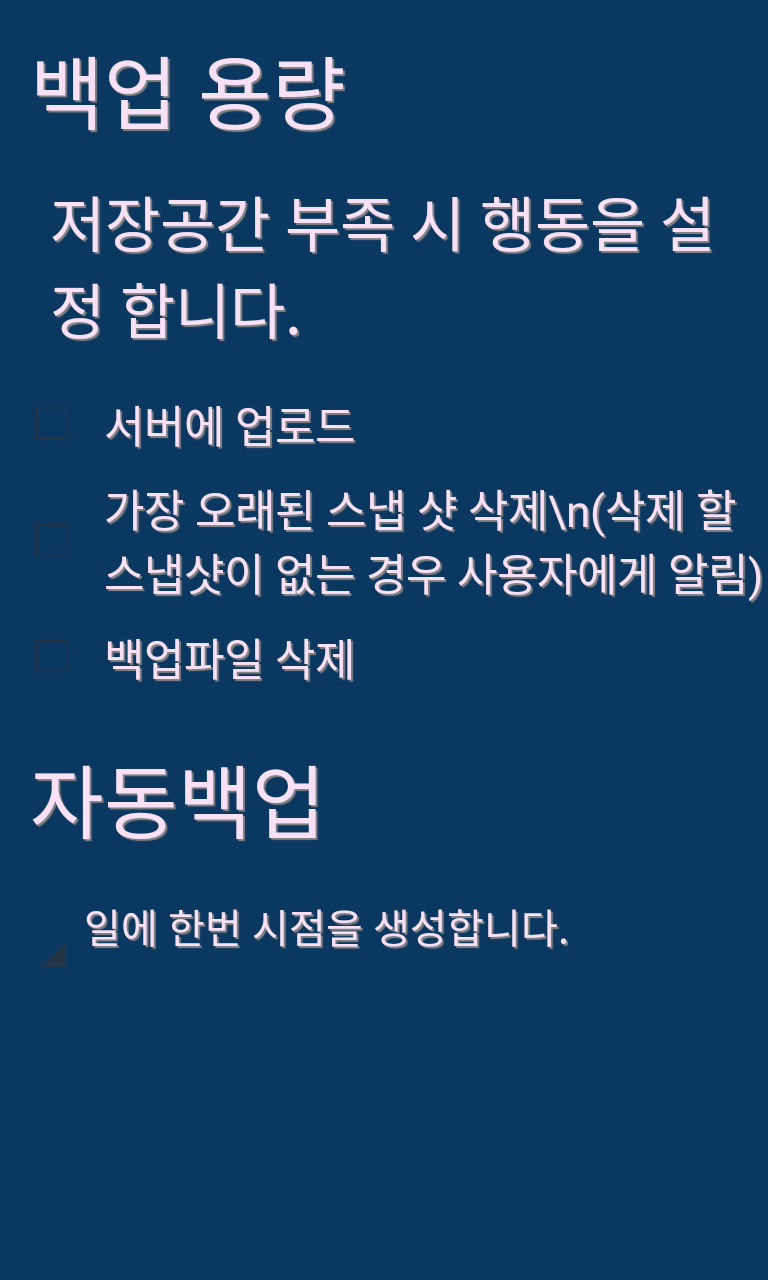
Repository: zzttt/LVM_BackupSol
Layout: TimeTraveler/res/layout/inflate_three.xml
An editor plug-in stored every save of this project. The layout is shown before and after the next save, followed by the edit.
It is drawn on a 768 x 1280 px phone screen (xhdpi) without system bars, with theme AppTheme; the app's code is not run.

Above is the layout before, as saved 2014-07-02 15:26:50.

### TimeTraveler/res/layout/inflate_three.xml
<?xml version="1.0" encoding="utf-8"?>
<RelativeLayout xmlns:android="http://schemas.android.com/apk/res/android"
    android:layout_width="fill_parent"
    android:layout_height="fill_parent"
    android:orientation="vertical" >

    <ScrollView
        android:id="@+id/elv_list3"
        android:layout_width="fill_parent"
        android:layout_height="fill_parent"
        android:background="#F4FA58"
        android:fillViewport="true" >

        <LinearLayout
            android:id="@+id/ll_three"
            android:layout_width="fill_parent"
            android:layout_height="fill_parent"
            android:background="#0B3861"
            android:orientation="vertical" >

            <TextView
                android:layout_width="match_parent"
                android:layout_height="wrap_content"
                android:layout_marginLeft="15dp"
                android:layout_marginTop="15dp"
                android:shadowColor="#848484"
                android:shadowDx="2"
                android:shadowDy="2"
                android:shadowRadius="0.01"
                android:text="백업 용량"
                android:textColor="#F8E0F7"
                android:textSize="40sp" />

            <TextView
                android:layout_width="match_parent"
                android:layout_height="wrap_content"
                android:layout_marginBottom="20dp"
                android:layout_marginLeft="25dp"
                android:layout_marginTop="15dp"
                android:shadowColor="#848484"
                android:shadowDx="2"
                android:shadowDy="2"
                android:shadowRadius="0.01"
                android:text="저장공간 부족 시 행동을 설정 합니다."
                android:textColor="#F8E0F7"
                android:textSize="30sp" />

            <CheckBox
                android:id="@+id/checkbox_upToSrv"
                android:layout_width="match_parent"
                android:layout_height="wrap_content"
                android:layout_marginBottom="10dp"
                android:layout_marginLeft="10dp"
                android:paddingLeft="10dp"
                android:shadowColor="#848484"
                android:shadowDx="2"
                android:shadowDy="2"
                android:shadowRadius="0.01"
                android:text="서버에 업로드"
                android:textColor="#F8E0F7"
                android:textSize="22sp" />

            <CheckBox
                android:id="@+id/checkbox_delSnapshot"
                android:layout_width="match_parent"
                android:layout_height="wrap_content"
                android:layout_marginBottom="10dp"
                android:layout_marginLeft="10dp"
                android:paddingLeft="10dp"
                android:shadowColor="#848484"
                android:shadowDx="2"
                android:shadowDy="2"
                android:shadowRadius="0.01"
                android:text="가장 오래된 스냅 샷 삭제\n(삭제 할 스냅샷이 없는 경우 사용자에게 알림)"
                android:textColor="#F8E0F7"
                android:textSize="22sp" />

            <CheckBox
                android:id="@+id/checkbox_delBackup"
                android:layout_width="match_parent"
                android:layout_height="wrap_content"
                android:layout_marginBottom="10dp"
                android:layout_marginLeft="10dp"
                android:paddingLeft="10dp"
                android:shadowColor="#848484"
                android:shadowDx="2"
                android:shadowDy="2"
                android:shadowRadius="0.01"
                android:text="백업파일 삭제"
                android:textColor="#F8E0F7"
                android:textSize="22sp" />

            <TextView
                android:layout_width="match_parent"
                android:layout_height="wrap_content"
                android:layout_marginLeft="15dp"
                android:layout_marginTop="15dp"
                android:shadowColor="#848484"
                android:shadowDx="2"
                android:shadowDy="2"
                android:shadowRadius="0.01"
                android:text="자동백업"
                android:textColor="#F8E0F7"
                android:textSize="40sp" />

            <RelativeLayout
                android:layout_width="fill_parent"
                android:layout_height="wrap_content"
                android:gravity="center" >

                <Spinner
                    android:id="@+id/dateSpinner"
                    android:layout_width="wrap_content"
                    android:layout_height="50dip"
                    android:layout_centerVertical="true"
                    android:layout_marginLeft="15dp"
                    android:layout_marginTop="20dp"
                    android:drawSelectorOnTop="true"
                    android:gravity="center_vertical"
                    android:shadowColor="#848484"
                    android:shadowDx="2"
                    android:shadowDy="2"
                    android:shadowRadius="0.01"
                    android:textColor="#F8E0F7" />

                <TextView
                    android:layout_width="match_parent"
                    android:layout_height="50dip"
                    android:layout_centerVertical="true"
                    android:layout_toRightOf="@id/dateSpinner"
                    android:gravity="center_vertical"
                    android:shadowColor="#848484"
                    android:shadowDx="2"
                    android:shadowDy="2"
                    android:shadowRadius="0.01"
                    android:text=" 일에 한번 시점을 생성합니다."
                    android:textColor="#F8E0F7"
                    android:textSize="20sp" />
            </RelativeLayout>
        </LinearLayout>
    </ScrollView>

</RelativeLayout>

Loaded but not shown: TimeTraveler/res/values/styles.xml (common file); TimeTraveler/res/values-v11/styles.xml (common file); TimeTraveler/res/values-v14/styles.xml (common file)

After the next save:
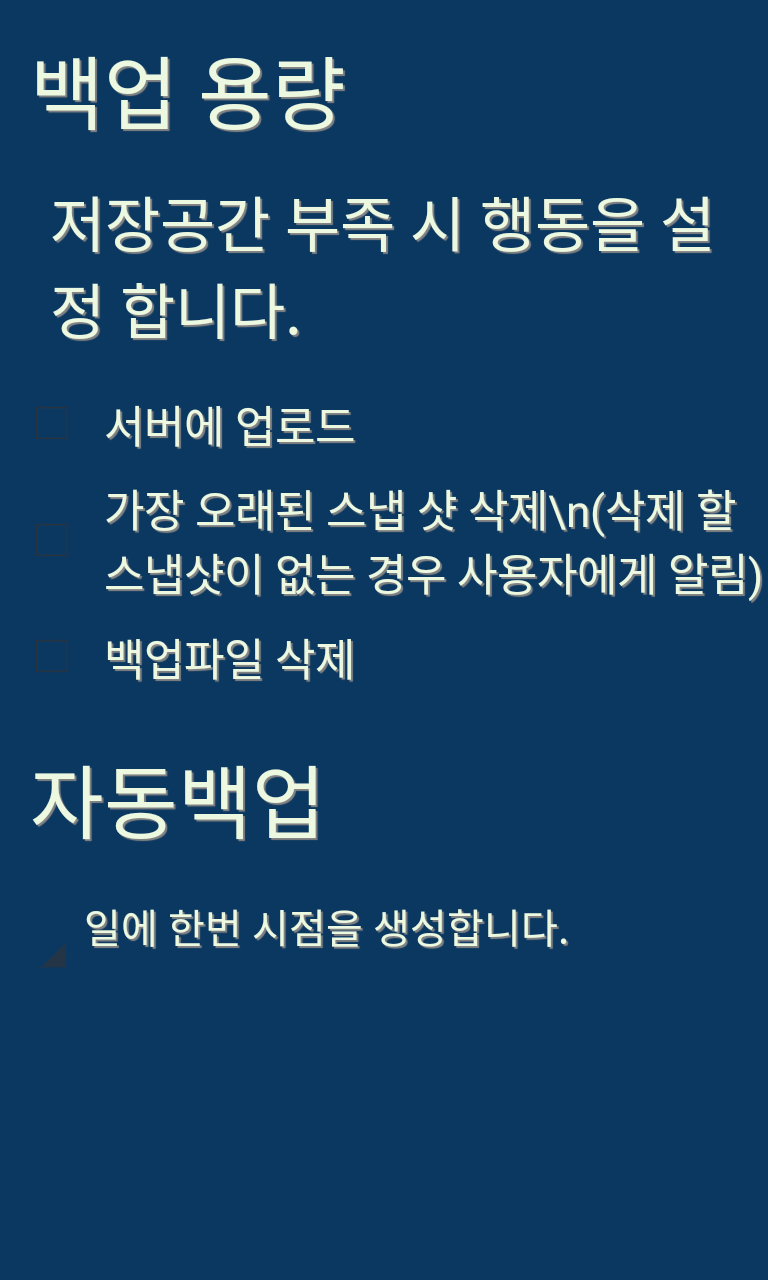
Saved 31 s later.
--- a/TimeTraveler/res/layout/inflate_three.xml
+++ b/TimeTraveler/res/layout/inflate_three.xml
@@ -28,7 +28,7 @@
                 android:shadowDy="2"
                 android:shadowRadius="0.01"
                 android:text="백업 용량"
-                android:textColor="#F8E0F7"
+                android:textColor="#ECF8E0"
                 android:textSize="40sp" />
 
             <TextView
@@ -42,7 +42,7 @@
                 android:shadowDy="2"
                 android:shadowRadius="0.01"
                 android:text="저장공간 부족 시 행동을 설정 합니다."
-                android:textColor="#F8E0F7"
+                android:textColor="#ECF8E0"
                 android:textSize="30sp" />
 
             <CheckBox
@@ -57,7 +57,7 @@
                 android:shadowDy="2"
                 android:shadowRadius="0.01"
                 android:text="서버에 업로드"
-                android:textColor="#F8E0F7"
+                android:textColor="#ECF8E0"
                 android:textSize="22sp" />
 
             <CheckBox
@@ -72,7 +72,7 @@
                 android:shadowDy="2"
                 android:shadowRadius="0.01"
                 android:text="가장 오래된 스냅 샷 삭제\n(삭제 할 스냅샷이 없는 경우 사용자에게 알림)"
-                android:textColor="#F8E0F7"
+                android:textColor="#ECF8E0"
                 android:textSize="22sp" />
 
             <CheckBox
@@ -87,7 +87,7 @@
                 android:shadowDy="2"
                 android:shadowRadius="0.01"
                 android:text="백업파일 삭제"
-                android:textColor="#F8E0F7"
+                android:textColor="#ECF8E0"
                 android:textSize="22sp" />
 
             <TextView
@@ -100,7 +100,7 @@
                 android:shadowDy="2"
                 android:shadowRadius="0.01"
                 android:text="자동백업"
-                android:textColor="#F8E0F7"
+                android:textColor="#ECF8E0"
                 android:textSize="40sp" />
 
             <RelativeLayout
@@ -121,7 +121,7 @@
                     android:shadowDx="2"
                     android:shadowDy="2"
                     android:shadowRadius="0.01"
-                    android:textColor="#F8E0F7" />
+                    android:textColor="#ECF8E0" />
 
                 <TextView
                     android:layout_width="match_parent"
@@ -134,7 +134,7 @@
                     android:shadowDy="2"
                     android:shadowRadius="0.01"
                     android:text=" 일에 한번 시점을 생성합니다."
-                    android:textColor="#F8E0F7"
+                    android:textColor="#ECF8E0"
                     android:textSize="20sp" />
             </RelativeLayout>
         </LinearLayout>
